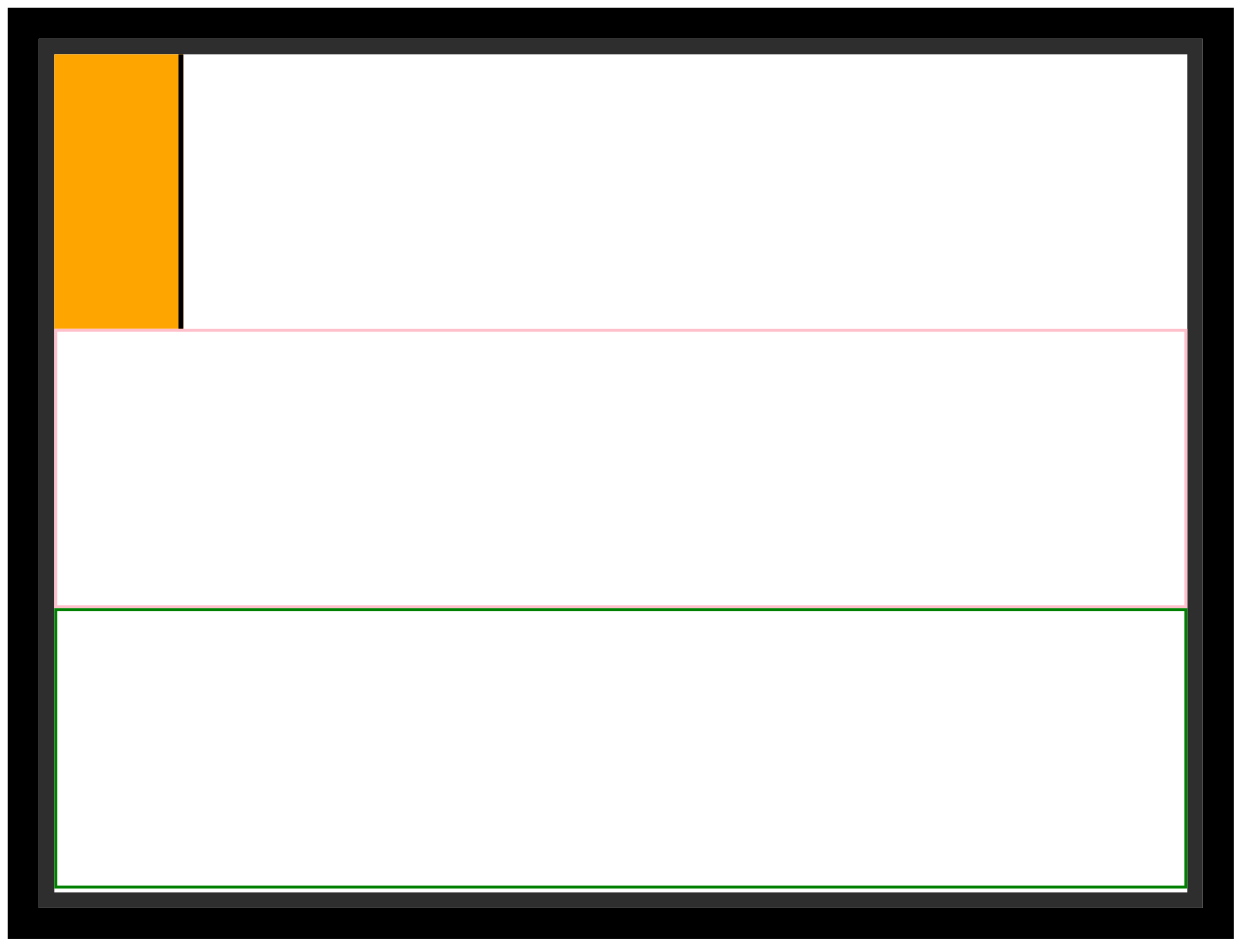
Repository: Tsardines/mondrian
Page: index.html
An editor plug-in stored every save of this project. The page is shown before and after the next save, followed by the edit.
The browser window is 1280 px wide. The pictures show the whole page, at 97% of full size.
Some web fonts or font styles are not loaded; a fallback is used.

Above is the page before, as saved 2019-10-20 16:13:26.

### index.html
<!DOCTYPE html>
<html>
  <head>
    <meta charset="UTF-8">
  <meta http-equiv="X-UA-Compatible" content="IE=edge,chrome=1">
  <meta name="viewport" content="width=device-width,initial-scale=1">
    <title>title</title>
  <meta name="author" content="name">
  <meta name="description" content="description here">
  <meta name="keywords" content="keywords,here">
  <link rel="stylesheet" href="//fonts.googleapis.com/css?family=font1|font2|etc" type="text/css">
  <link rel="stylesheet" href="styles.css" type="text/css">
  </head>
  <body>

    <div id="canvas">
        <div class="grid__container">
            <div class="grid__top">
                <div class="top__rect"></div>


            </div>
            <div class="grid__middle">



            </div>
            <div class="grid__bottom">



            </div>
    </div>
</div>

  </body>
</html>

### styles.css
#canvas {
    border: 2rem solid black;
    /* display: block; */
    height: 56rem;
}

.grid__container {
    border: 1rem solid rgb(46, 46, 46);
    height: 54rem;
}

.grid__top {
    /* border: 3px solid red; */
    height: 32.7%;
}

.grid__middle {
    border: 3px solid pink;
    height: 32.7%;
}

.grid__bottom {
    border: 3px solid green;
    height: 32.7%;
}

.top__rect {
    background-color: orange;
    border-right: 5px solid black;
    height: 100%;
    width: 8rem;
}

After the next save:
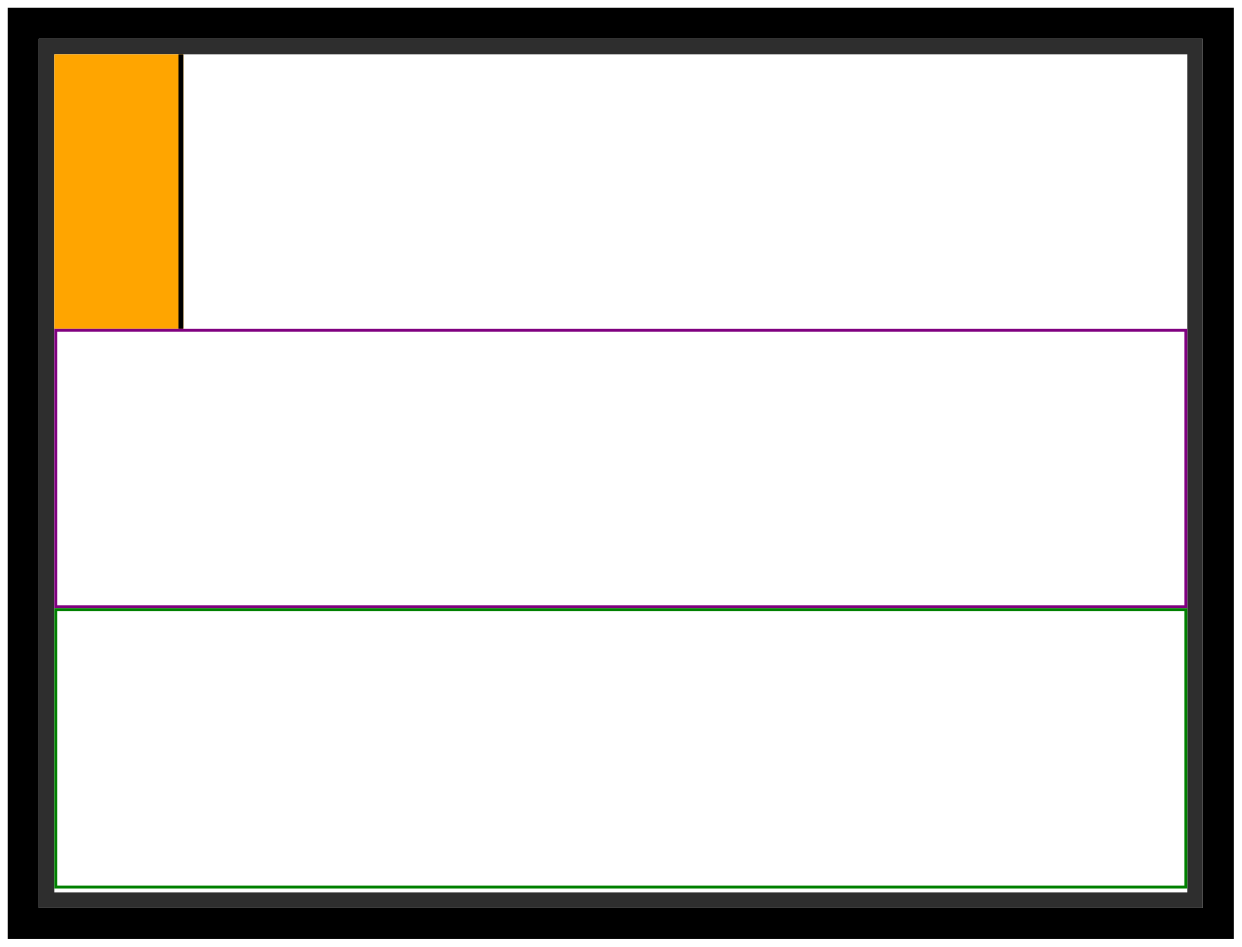
Saved 8 s later.
--- a/styles.css
+++ b/styles.css
@@ -15,7 +15,7 @@
 }
 
 .grid__middle {
-    border: 3px solid pink;
+    border: 3px solid purple;
     height: 32.7%;
 }
 
